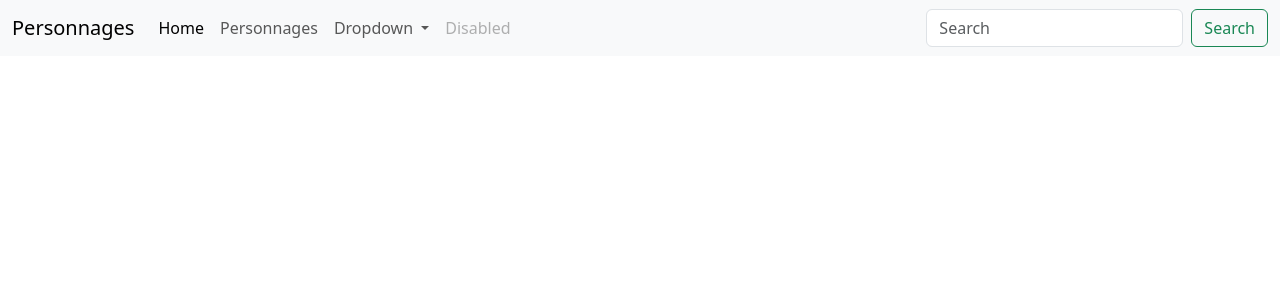
Repository: Timazoy/Site_ovni_tp
Page: perso.html
The author's editor kept a copy of each file at every save. The page is drawn from the files as they stood at one save, then again after the next save.
The browser window is 1280 px wide. The pictures show the whole page.

Above is the page before, as saved 2025-12-15 08:32:11.

After the next save:
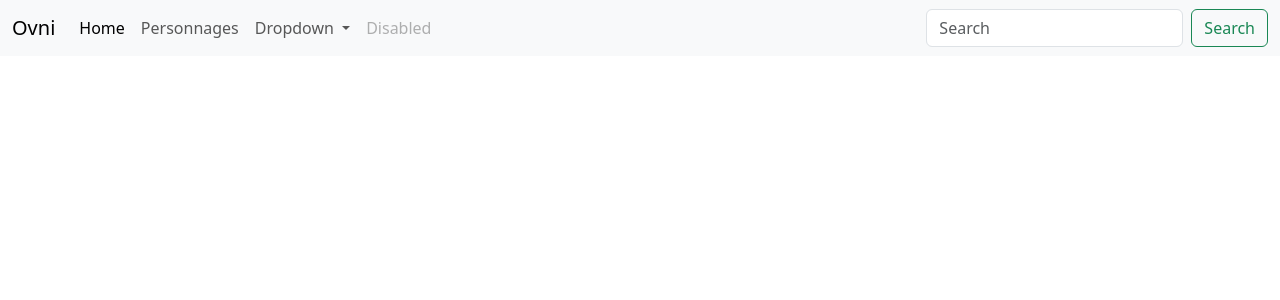
Saved 6 s later.
--- a/perso.html
+++ b/perso.html
@@ -14,7 +14,7 @@
 
     <nav class="navbar navbar-expand-lg bg-body-tertiary">
         <div class="container-fluid">
-            <a class="navbar-brand" href="./index.html">Personnages</a>
+            <a class="navbar-brand" href="./index.html">Ovni</a>
             <button class="navbar-toggler" type="button" data-bs-toggle="collapse"
                 data-bs-target="#navbarSupportedContent" aria-controls="navbarSupportedContent" aria-expanded="false"
                 aria-label="Toggle navigation">
